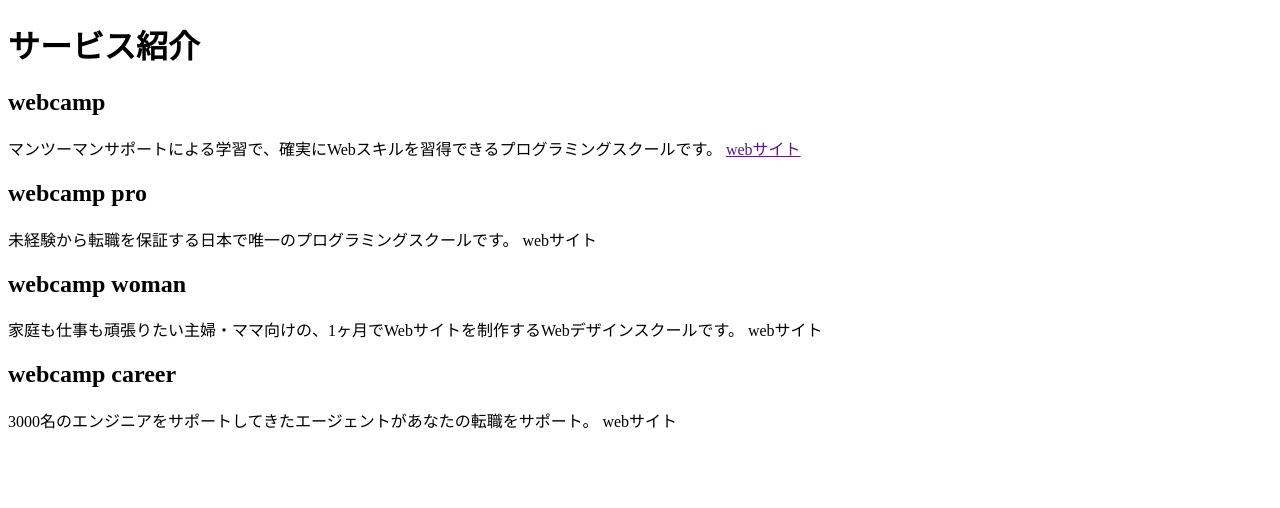
Repository: sutanuki/webcamp
Page: html,css/c2/index.html
The author's editor kept a record of every edit. The page is drawn from the files as they stood at one moment, then again after the next edit.
The browser window is 1280 px wide. The pictures show the whole page.

Above is the page before.

After the next edit:
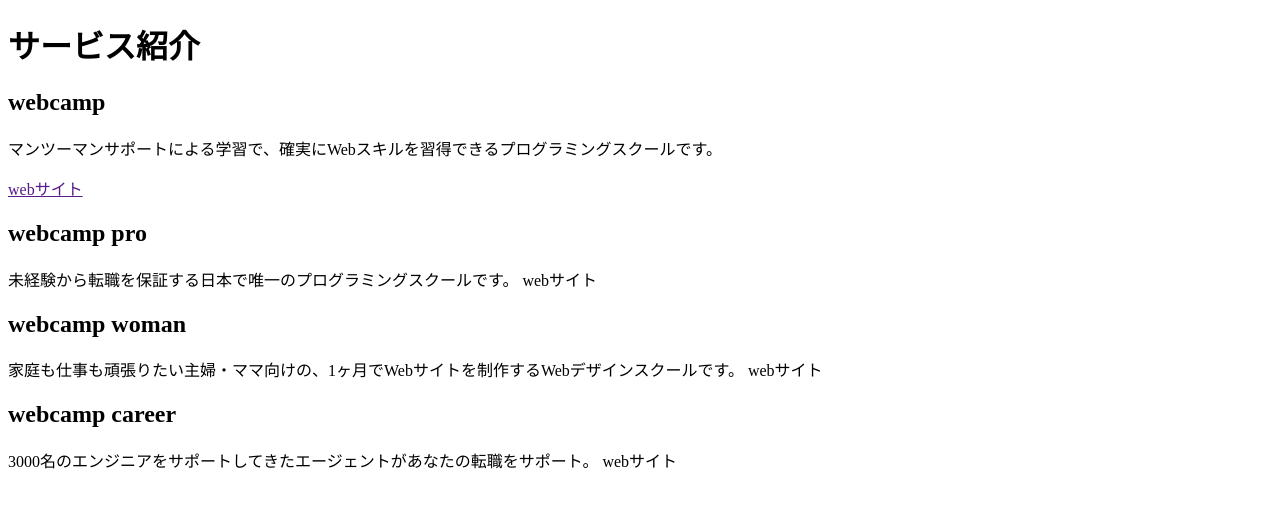
The edit:
--- a/html,css/c2/index.html
+++ b/html,css/c2/index.html
@@ -7,7 +7,7 @@
   <body>
     <h1>サービス紹介</h1>
       <h2>webcamp</h2>
-        マンツーマンサポートによる学習で、確実にWebスキルを習得できるプログラミングスクールです。
+        <p>マンツーマンサポートによる学習で、確実にWebスキルを習得できるプログラミングスクールです。</p>
         <a href="">webサイト</a>
       <h2>webcamp pro</h2>
         未経験から転職を保証する日本で唯一のプログラミングスクールです。
